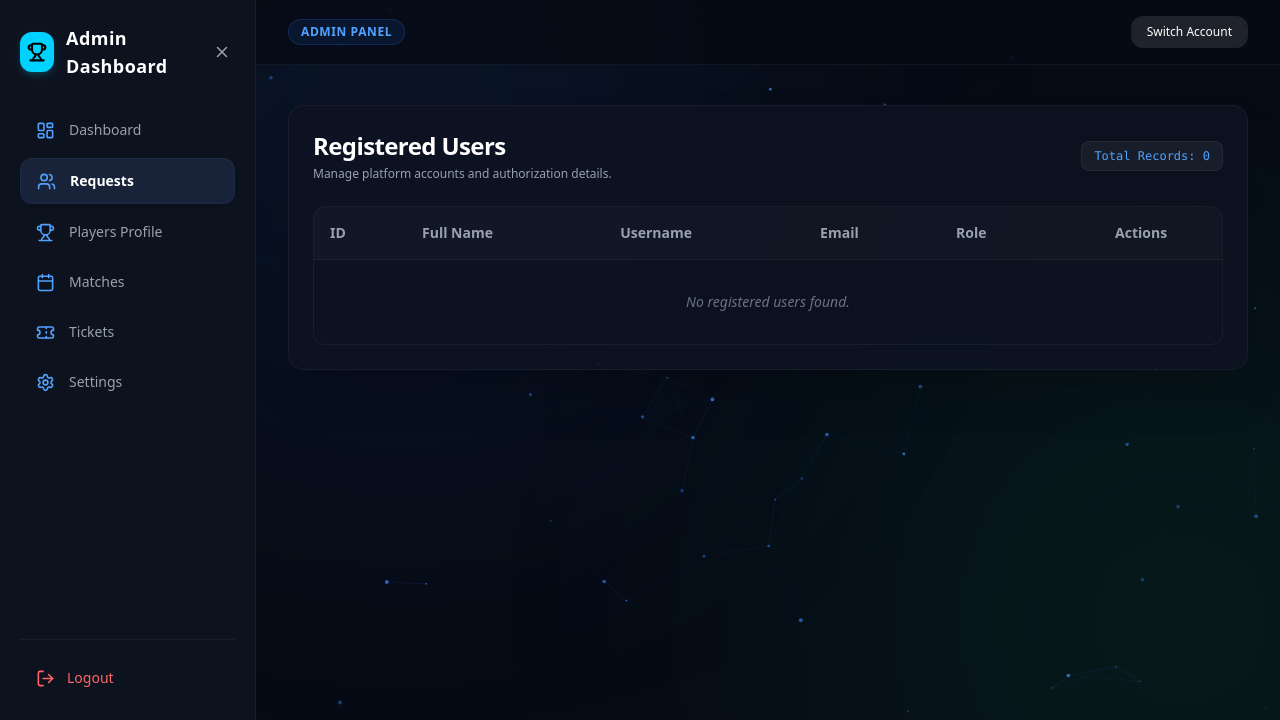
Repository: azeez6789/springboot-footbal-web
Page: /pages/Regrequest (app in client/)
The author's editor kept a copy of each file at every save. The page is drawn from the files as they stood at one save, then again after the next save.
The browser window is 1280 px wide. The pictures show the whole page.
The page's requests for data from a server got no answer. The project was rebuilt for these pictures with package versions that can differ from the ones it lists, and the page was loaded fresh each time. No one was signed in, and anything a server would have sent is missing. Also part of the build but not shown: client/vite.config.js, client/src/common/pages/home.jsx, client/src/common/component/login.jsx, client/src/common/component/register.jsx, client/src/common/component/About.jsx, client/src/common/pages/tournament.jsx, client/src/common/pages/event.jsx, client/src/common/pages/ticket.jsx and 3 more.

Above is the page before, as saved 2026-07-22 13:55:09.

After the next save:
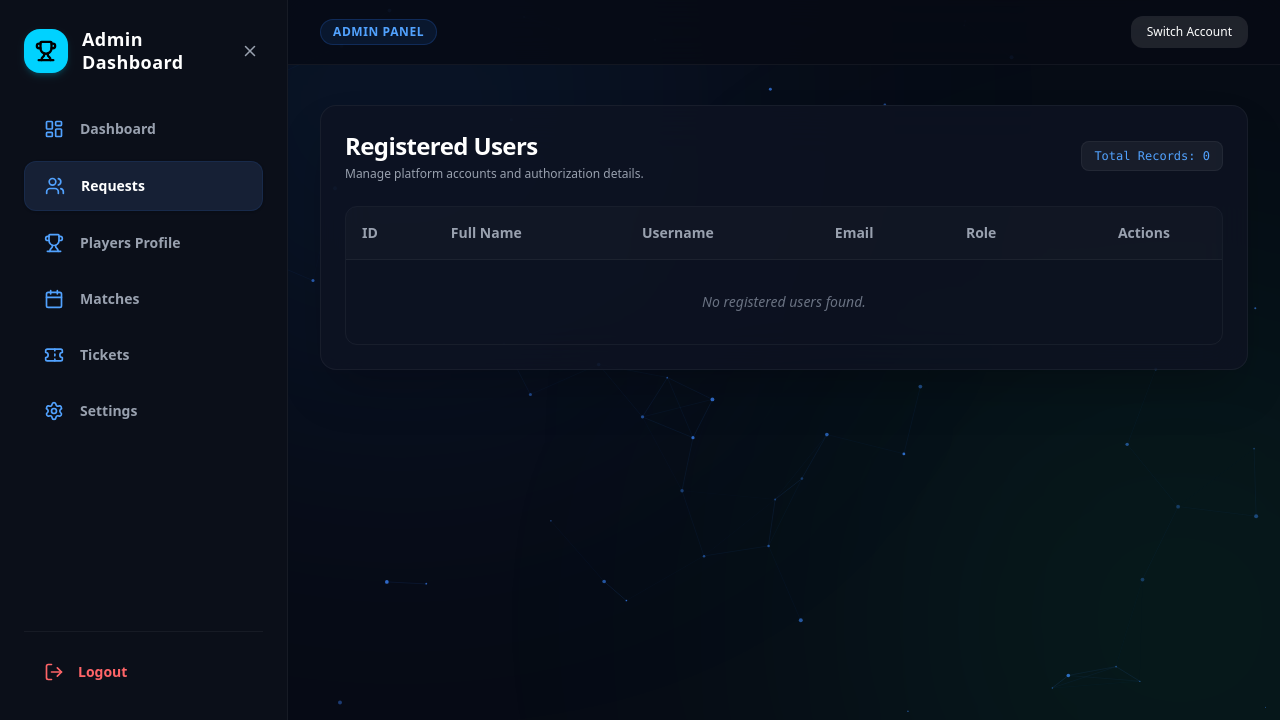
Saved 92 s later.
--- a/client/src/function-01/pages/registerrequest.jsx
+++ b/client/src/function-01/pages/registerrequest.jsx
@@ -17,29 +17,27 @@ import {
 } from "lucide-react";
 
 // =========================================================================
-// 🌟 SIDEBAR COMPONENT (EXACT SIZE & STYLE OF 2ND IMAGE)
+// 🌟 EXACT SIDEBAR COMPONENT (ENLARGED TO MATCH SCREENSHOT PROPORTIONS)
 // =========================================================================
 function Sidebar() {
   const menuClass = ({ isActive }) =>
-    `flex items-center gap-3.5 px-4 py-3 rounded-xl transition-all duration-200 text-sm font-medium ${
+    `flex items-center gap-4 px-5 py-3.5 rounded-xl transition-all duration-200 text-sm font-semibold ${
       isActive
-        ? "bg-[#182238] text-white font-semibold shadow-sm border border-blue-500/10"
+        ? "bg-[#162035] text-white shadow-sm border border-blue-500/10"
         : "text-gray-400 hover:bg-white/5 hover:text-white"
     }`;
 
   return (
-    <aside className="fixed left-0 top-0 w-64 h-screen bg-[#0d121f] border-r border-white/5 flex flex-col justify-between p-5 z-50">
-
-      {/* ------------------------------------------------------------- */}
-      {/* 📌 SIDEBAR HEADER                                             */}
-      {/* ------------------------------------------------------------- */}
-      <div className="space-y-7">
+    <aside className="fixed left-0 top-0 w-72 h-screen bg-[#0b0f19] border-r border-white/5 flex flex-col justify-between p-6 z-50">
+
+      {/* HEADER */}
+      <div className="space-y-8">
         <div className="flex items-center justify-between pt-1">
-          <div className="flex items-center gap-3">
-            <div className="w-10 h-10 rounded-xl bg-[#00d2ff] text-black flex items-center justify-center font-bold shadow-md shadow-cyan-500/20">
-              <Trophy size={20} strokeWidth={2.5} />
+          <div className="flex items-center gap-3.5">
+            <div className="w-11 h-11 rounded-2xl bg-[#00d2ff] text-black flex items-center justify-center font-bold shadow-md shadow-cyan-500/20 flex-shrink-0">
+              <Trophy size={22} strokeWidth={2.5} />
             </div>
-            <span className="font-bold text-lg text-white tracking-wide">
+            <span className="font-bold text-lg text-white tracking-wide leading-tight">
               Admin Dashboard
             </span>
           </div>
@@ -48,51 +46,47 @@ function Sidebar() {
           </button>
         </div>
 
-        {/* ------------------------------------------------------------- */}
-        {/* 📌 NAVIGATION MENU LINKS                                      */}
-        {/* ------------------------------------------------------------- */}
-        <nav className="space-y-1.5">
+        {/* LINKS */}
+        <nav className="space-y-2">
           <NavLink to="/" className={menuClass}>
-            <LayoutDashboard size={19} className="text-blue-400" />
+            <LayoutDashboard size={20} className="text-blue-400" />
             <span>Dashboard</span>
           </NavLink>
 
           <NavLink to="/pages/Regrequest" className={menuClass}>
-            <Users size={19} className="text-blue-400" />
+            <Users size={20} className="text-blue-400" />
             <span>Requests</span>
           </NavLink>
 
           <NavLink to="/function-01/profile" className={menuClass}>
-            <Trophy size={19} className="text-blue-400" />
+            <Trophy size={20} className="text-blue-400" />
             <span>Players Profile</span>
           </NavLink>
 
           <NavLink to="/pages/matches" className={menuClass}>
-            <Calendar size={19} className="text-blue-400" />
+            <Calendar size={20} className="text-blue-400" />
             <span>Matches</span>
           </NavLink>
 
           <NavLink to="/pages/ticket" className={menuClass}>
-            <Ticket size={19} className="text-blue-400" />
+            <Ticket size={20} className="text-blue-400" />
             <span>Tickets</span>
           </NavLink>
 
           <NavLink to="/settings" className={menuClass}>
-            <Settings size={19} className="text-blue-400" />
+            <Settings size={20} className="text-blue-400" />
             <span>Settings</span>
           </NavLink>
         </nav>
       </div>
 
-      {/* ------------------------------------------------------------- */}
-      {/* 📌 SIDEBAR FOOTER: LOGOUT                                     */}
-      {/* ------------------------------------------------------------- */}
+      {/* FOOTER */}
       <div className="pt-4 border-t border-white/5">
         <NavLink
           to="/login"
-          className="flex items-center gap-3 px-4 py-3 rounded-xl text-red-400 hover:bg-red-500/10 transition-all font-medium text-sm"
+          className="flex items-center gap-3.5 px-5 py-3.5 rounded-xl text-red-400 hover:bg-red-500/10 transition-all font-semibold text-sm"
         >
-          <LogOut size={19} />
+          <LogOut size={20} />
           <span>Logout</span>
         </NavLink>
       </div>
@@ -279,7 +273,7 @@ export default function RegisterRequest() {
   return (
     <div className="min-h-screen bg-[#070b15] text-white selection:bg-blue-500/30 relative overflow-hidden font-sans flex">
 
-      {/* RENDER EXACT SIDEBAR */}
+      {/* RENDER ENLARGED SIDEBAR */}
       <Sidebar />
 
       {/* CANVAS BACKGROUND */}
@@ -290,9 +284,9 @@ export default function RegisterRequest() {
       <div className="fixed w-[600px] h-[600px] bg-green-400/10 blur-[180px] rounded-full bottom-[-200px] right-[-200px] pointer-events-none z-0" />
 
       {/* ------------------------------------------------------------- */}
-      {/* 📌 MAIN CONTENT AREA (Offset by ml-64 to match Sidebar w-64)   */}
+      {/* 📌 MAIN CONTENT AREA (Offset by ml-72 to match Sidebar w-72)   */}
       {/* ------------------------------------------------------------- */}
-      <main className="flex-1 ml-64 relative z-10 min-h-screen flex flex-col">
+      <main className="flex-1 ml-72 relative z-10 min-h-screen flex flex-col">
 
         {/* HEADER */}
         <header className="sticky top-0 z-40 bg-[#070b15]/80 backdrop-blur-xl border-b border-white/5 px-8 py-4">
